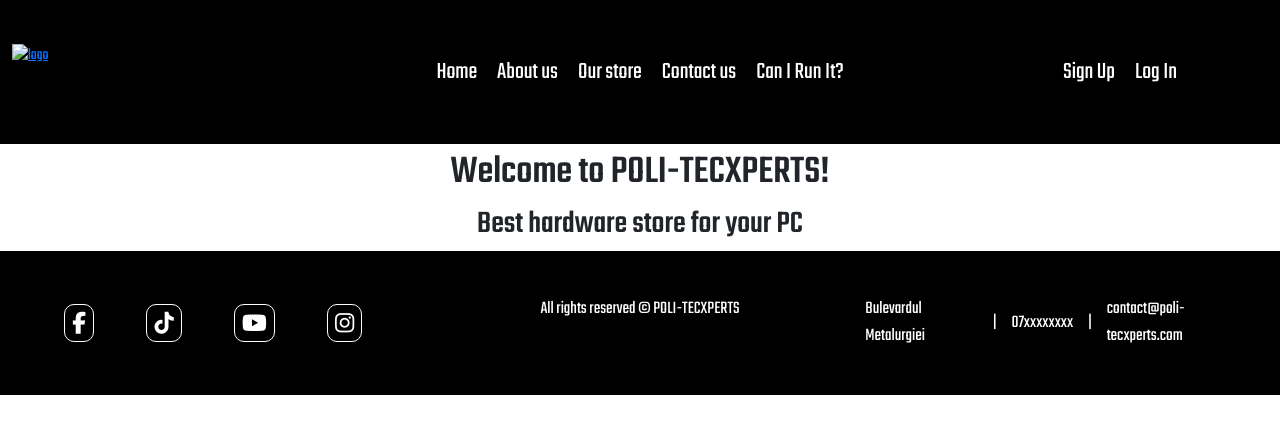
Repository: cristibtz/POLI_TECXPERTS
Page: index.html
An editor plug-in stored every save of this project. The page is shown before and after the next save, followed by the edit.
The browser window is 1280 px wide. The pictures show the whole page.

Above is the page before, as saved 2024-04-27 17:34:41.

### index.html
<!DOCTYPE html>
<html lang="en">
<head>
    <meta charset="UTF-8">
    <meta name="viewport" content="width=device-width, initial-scale=1.0">
    <link rel="stylesheet" href="css/bootstrap.css">
    <link rel="stylesheet" href="css/default.css">
    <link rel="stylesheet" href="css/fontawesome-free-6.5.2-web/css/all.min.css">
    <link rel="stylesheet" href="css/fontawesome-free-6.5.2-web/css/fontawesome.min.css">
    <title>POLI-TECXPERTS</title>

</head>
<body>
    <div class="header">
        <div class="container-fluid">
            <div class="row">
                <div class="col-md-3">
                    <a href="index.html"><img src="" alt="logo" id="logo">
                    <!-- Logo here -->
                    </a>
                </div>
                <div class="col-md-6">
                    <div class="navigation">
                        <ul class="menu">
                            <li><a href="">Home</a></li>
                            <li><a href="">About us</a></li>
                            <li><a href="">Our store</a></li>
                            <li><a href="">Contact us</a></li>
                            <li><a href="">Can I Run It?</a></li>
                        </ul>
                    </div>
                </div>
                <div class="col-md-3">
                    <div class="navigation">
                        <ul class="menu">
                            <li><a href="signup.php">Sign Up</a></li>
                            <li><a href="login.php">Log In</a></li>
                        </ul>
                    </div>
                </div>
            </div>
        </div>
    </div>
    <div class="content">
        <div class="container-fluid">
            <div class="row">
                <h1>Welcome to POLI-TECXPERTS!</h1>
                <h2>Best hardware store for your PC</h2>
            </div>
            <div class="row">


            </div>
        </div>
    </div>
    <div class="footer">
        <div class="container-fluid">
            <div class="row">
                <div class="col-md-4 icons">
                    <a href=""><i class="fa-brands fa-facebook-f"></i></a>
                    <a href=""><i class="fa-brands fa-tiktok"></i></a>
                    <a href=""><i class="fa-brands fa-youtube"></i></a>
                    <a href=""><i class="fa-brands fa-instagram"></i></a>
                </div>
                <div class="col-md-4">
                    <p class="copyright">
                        All rights reserved © POLI-TECXPERTS
                    </p>
                </div>
                <div class="col-md-4 contact-info">
                    <p>Bulevardul Metalurgiei</p>
                    <p>|</p>
                    <p>07xxxxxxxx</p>
                    <p>|</p>
                    <p>contact@poli-tecxperts.com</p>
                </div>
            </div>
        </div>
    </div>
</body>
</html>

### css/default.css
@import url('https://fonts.googleapis.com/css2?family=Inter:wght@100..900&family=Teko:wght@300..700&display=swap');

*{
    margin: 0;
    padding: 0;
    box-sizing: border-box;
}

body {
    height: 100%;
    font-family: Teko, Inter;
}

.header {
    background-color: black;
    height: 20vh;
    display:flex;
    align-items: center;
    justify-content: center;

}

.navigation ul {
    list-style: none;
    display:flex;
    align-items: center;
    justify-content: center;
    margin: 0;
    padding-left: 0;
}

.navigation ul li{
    display: inline-block;
    padding: 10px;

}

.navigation ul li a{
    text-decoration: none;
    color: white;
    font-size: 24px;
}

.navigation ul li a:hover{
    text-decoration: none;
    color: black;
    background-color: rgb(255, 255, 255);
    padding: 3px;
    font-size: 26px;
    text-transform: uppercase;
}
.content {
    overflow: scroll;
}

.content h1, h2 {
    text-align: center;

}
.content h1 {
    margin-top: 5px;
}

.footer {
    height: 20vh;
    background-color: black;
    display: flex;
    align-items: center;
    justify-content: center;
}

.copyright {
    color: white;
    text-align: center;
    font-size: 18px;
    margin: 0;
}

.contact-info {
    color: white;
    display: flex;
    align-items: center;
    justify-content: center;
    font-size: 18px;
}
.contact-info p {
    display: inline-block;
    padding-right: 15px;
    margin: 0;
}
.icons {
    display: flex;
    align-items: center;
    justify-content: space-evenly;
}
.icons i {
    color: white;
    padding: 7px;
    font-size: 22px;
    border: 1px solid white;
    border-radius: 10px;
}

Loaded but not shown: css/bootstrap.css (library); css/fontawesome-free-6.5.2-web/css/all.min.css (library); css/fontawesome-free-6.5.2-web/css/fontawesome.min.css (library)

After the next save:
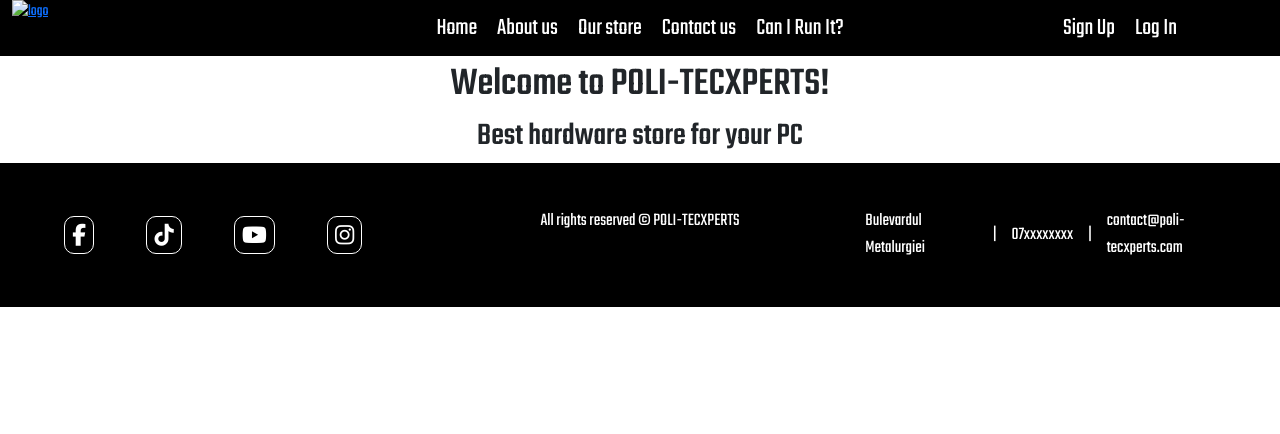
Saved 27 s later.
--- a/css/default.css
+++ b/css/default.css
@@ -13,7 +13,6 @@
 
 .header {
     background-color: black;
-    height: 20vh;
     display:flex;
     align-items: center;
     justify-content: center;

After the save that followed:
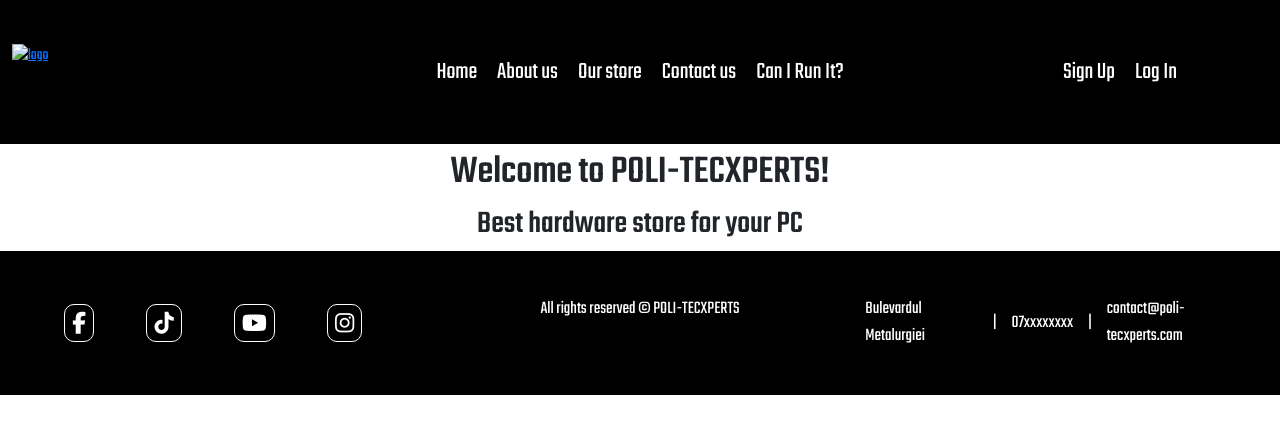
Saved 8 s later.
--- a/css/default.css
+++ b/css/default.css
@@ -13,6 +13,7 @@
 
 .header {
     background-color: black;
+    height: 20vh;
     display:flex;
     align-items: center;
     justify-content: center;
